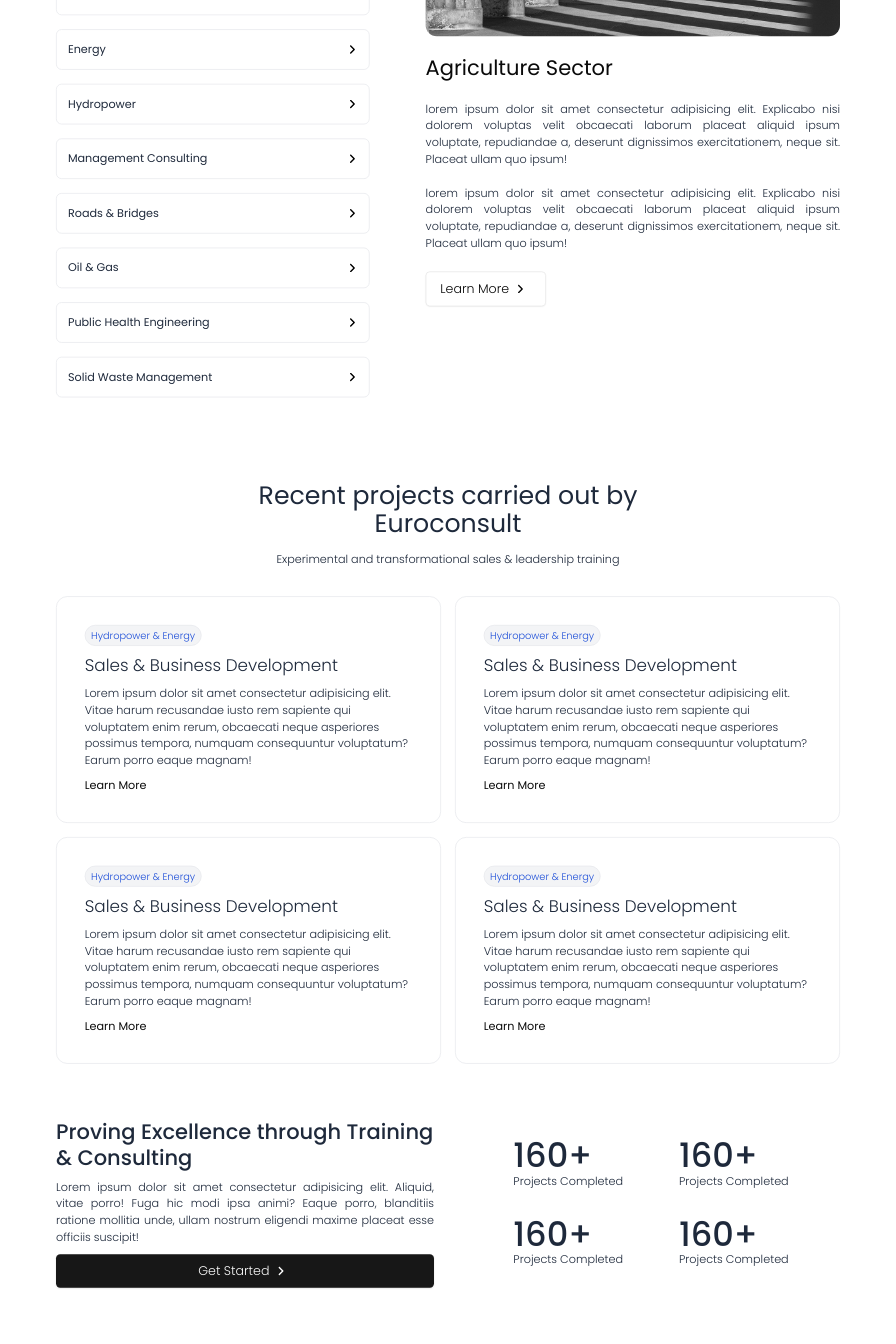
Repository: EMDC-24/ecglobalwebsite19
Page: /
These files come from the project's save history. The page is drawn as it stood at one moment and after the next save; the edit follows.
The browser window is 1280 px wide. The pictures show the part of the page from y = 2364 to 4284 px (the page is 4284 px tall), at 70% of full size.
The project was rebuilt for these pictures with package versions that can differ from the ones it lists, and the page was loaded fresh each time. The framework's server and built-in components were replaced by stand-ins that run in the browser. Also part of the build but not shown: next.config.mjs.

Above is the page before, as saved 2024-09-17 21:09:19.

After the next save:
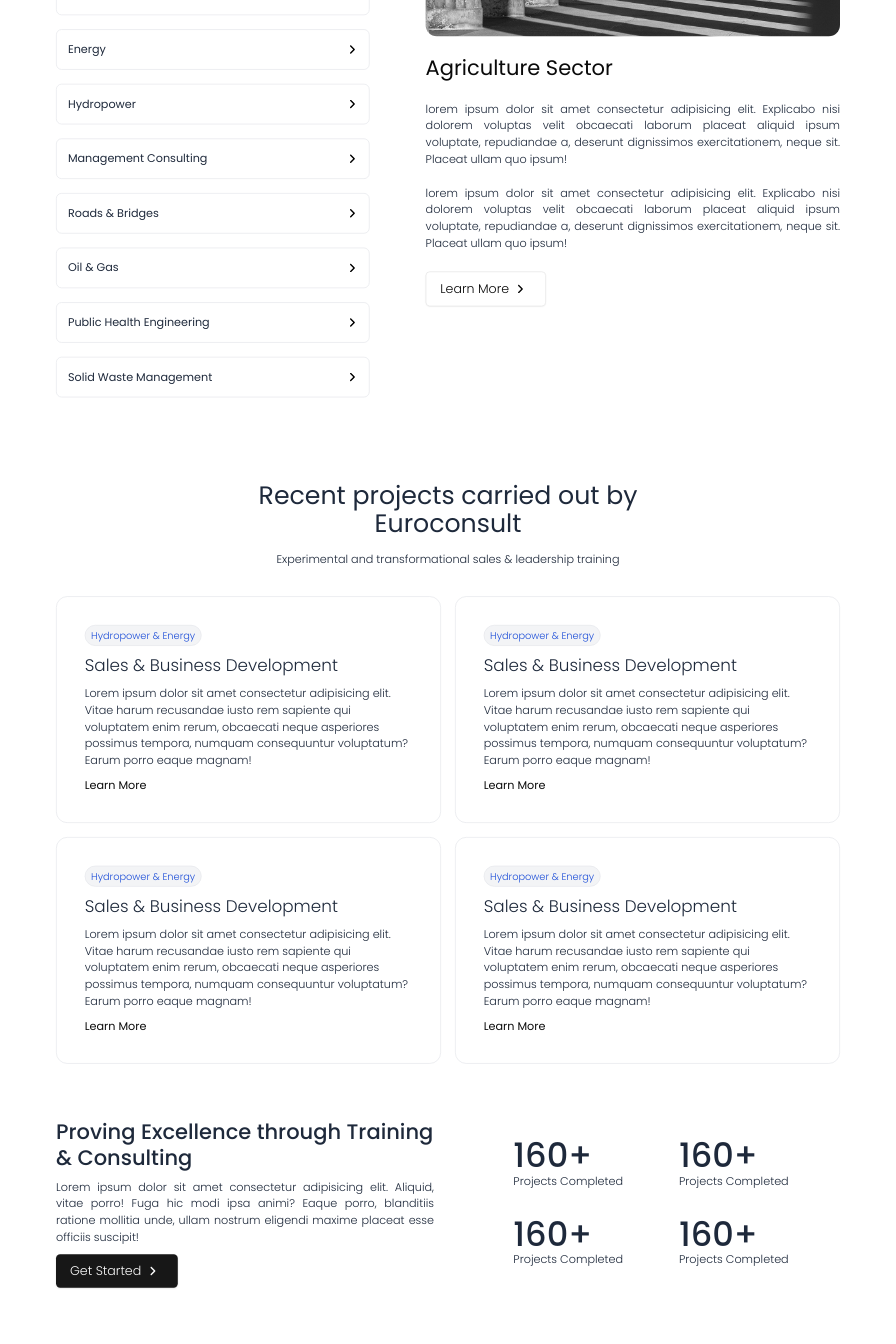
Saved 26 s later.
--- a/app/PraiseSection.tsx
+++ b/app/PraiseSection.tsx
@@ -9,7 +9,7 @@
     <div className="w-1/2 flex flex-col gap-3">
         <h3 className="text-3xl font-medium text-slate-800">Proving Excellence through Training & Consulting</h3>
         <p className="font-light text-slate-800 text-justify">Lorem ipsum dolor sit amet consectetur adipisicing elit. Aliquid, vitae porro! Fuga hic modi ipsa animi? Eaque porro, blanditiis ratione mollitia unde, ullam nostrum eligendi maxime placeat esse officiis suscipit!</p>
-        <Button className="px-5 py-6 text-lg font-light  hover:bg-blue-600">Get Started  <FaAngleRight className="mr-2 ml-2 h-4 w-4" /></Button>
+        <div className="w-auto"><Button className="px-5 py-6 text-lg font-light  hover:bg-blue-600">Get Started  <FaAngleRight className="mr-2 ml-2 h-4 w-4" /></Button></div>
     </div>
     <div className="w-1/2 flex flex-col gap-10 ">
     <div className="flex flex-row gap-20 items-start justify-center">
